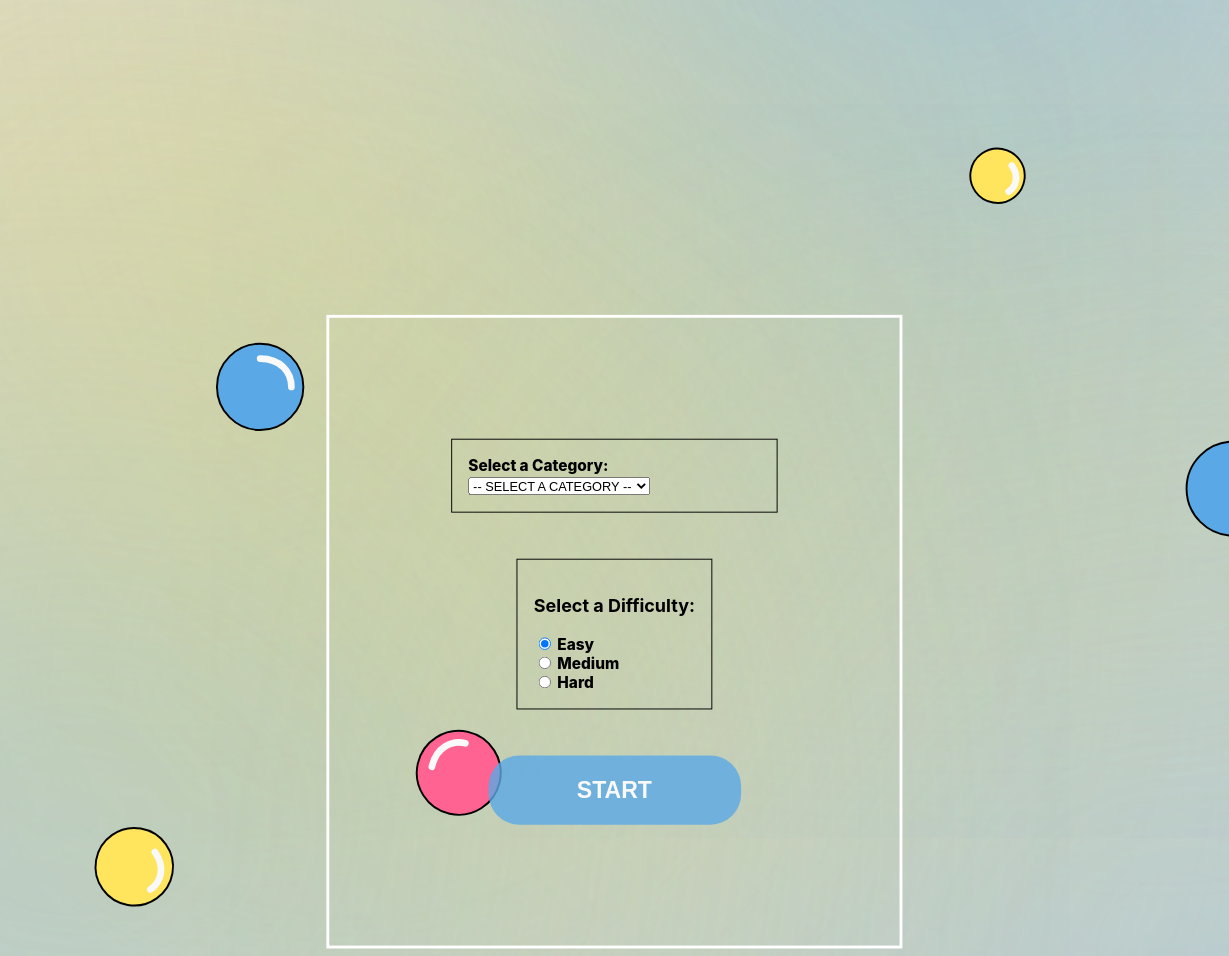
Repository: sierralaurent/SmartiePants
Page: trivia.html
An editor plug-in stored every save of this project. The page is shown before and after the next save, followed by the edit.
The browser window is 1280 px wide. The pictures show the whole page, at 96% of full size.
The pointer rests on the first visible `.startButton`.
The page's requests for data from a server got no answer.

Above is the page before, as saved 2023-05-16 12:35:05.
Console error: TypeError: Cannot read properties of null (reading 'addEventListener')

After the next save:
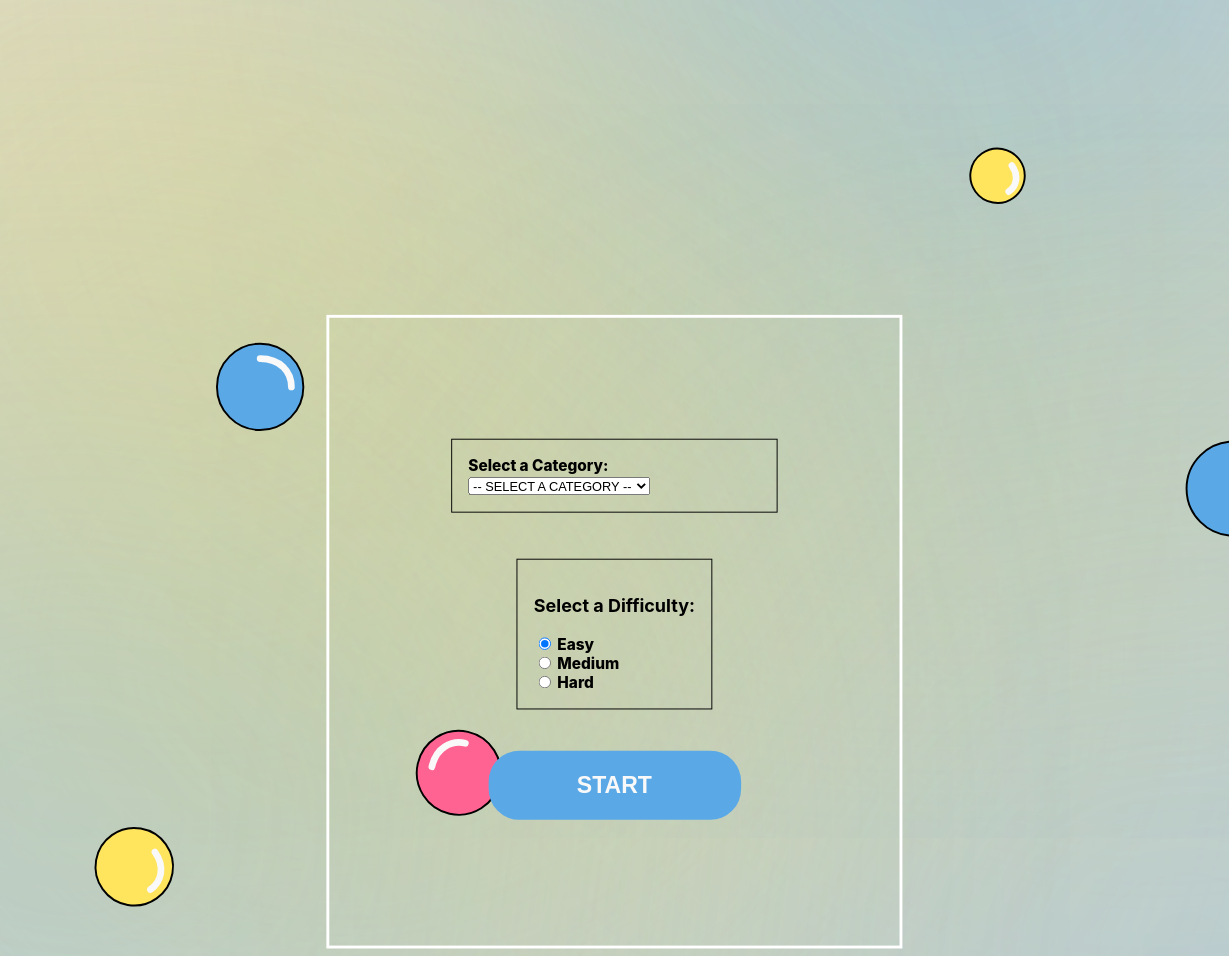
Saved 116 s later.
--- a/trivia.css
+++ b/trivia.css
@@ -45,3 +45,15 @@ body {
     user-select: none;
     cursor: pointer;
 }
+
+.startButton:hover {
+    background-color: rgba(90, 169, 230, 1);
+    transition: 0.2s;
+    transform: translateY(-5px);
+}
+
+.startButton:active {
+    background-color: rgba(90, 169, 230, 1);
+    transition: 0.2s;
+    transform: translateY(5px)
+}
